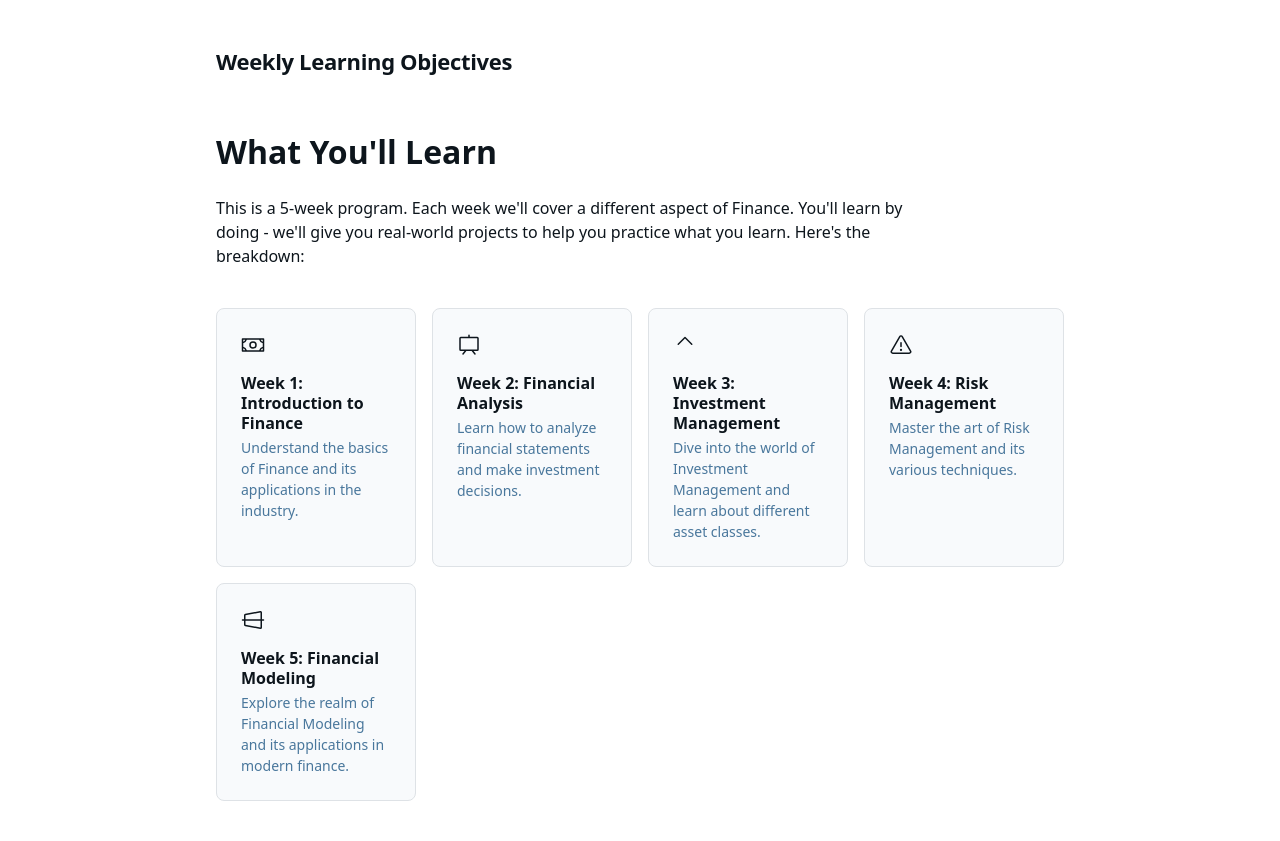
Repository: VickyJulme/fin-page-archesha
Page: /
The author's editor kept a copy of each file at every save. The page is drawn from the files as they stood at one save, then again after a run of saves.
The browser window is 1280 px wide. The pictures show the part of the page from y = 692 to 1533 px (the page is 1533 px tall).
The project was rebuilt for these pictures with package versions that can differ from the ones it lists, and the page was loaded fresh each time. Also part of the build but not shown: vite.config.js, src/App.css, src/Component/HR/Hr.jsx, src/Component/DataScience/DataHome.jsx, src/Component/Marketing/Marketing.css, src/Component/Marketing/Marketing.jsx, src/Component/Design/Ui.css, src/Component/Design/Ui.jsx.

Above is the page before, as saved 2024-08-06 17:25:02.

### index.html
<!doctype html>
<html lang="en">
  <head>
    <meta charset="UTF-8" />
    <link rel="icon" type="image/svg+xml" href="/vite.svg" />
    <meta name="viewport" content="width=device-width, initial-scale=1.0" />

    <link href="https://cdn.jsdelivr.net/npm/bootstrap@5.3.3/dist/css/bootstrap.min.css" rel="stylesheet" integrity="sha384-QWTKZyjpPEjISv5WaRU9OFeRpok6YctnYmDr5pNlyT2bRjXh0JMhjY6hW+ALEwIH" crossorigin="anonymous">
    <title>Vite + React</title>
  </head>
  <body>
    <div id="root"></div>
    <script type="module" src="/src/main.jsx"></script>
    <script src="https://cdn.jsdelivr.net/npm/bootstrap@5.3.3/dist/js/bootstrap.bundle.min.js" integrity="sha384-YvpcrYf0tY3lHB60NNkmXc5s9fDVZLESaAA55NDzOxhy9GkcIdslK1eN7N6jIeHz" crossorigin="anonymous"></script>
  </body>
</html>

### src/App.jsx
import {  } from 'react'

import './App.css'
import Hr from './Component/HR/Hr'
import DataHome from './Component/DataScience/DataHome'
import Marketing from './Component/Marketing/Marketing'
import Ui from './Component/Design/Ui'
import Finance from './Component/Finance/Finance'


function App() {


  return (
    <>
      <div >
        {/* <Hr/> */}
        {/* <DataHome/> */}
        {/* <Marketing/> */}
        {/* <Ui/> */}
        <Finance/>
      </div>

    </>
  )
}

export default App

### src/Component/Finance/Finance.jsx
import React from 'react'
import './Finance.css'

function Finance() {
  return (
    <div>

                {/* <header className="flex items-center justify-between whitespace-nowrap border-b border-solid border-b-[#e7eef4] px-10 py-3">
        <div className="flex items-center gap-4 text-[#0d151c]">
          <div className="size-4">
            <svg
              viewBox="0 0 48 48"
              fill="none"
              xmlns="http://www.w3.org/2000/svg"
            >
              <path
                d="M42.4379 44C42.4379 44 36.0744 33.9038 41.1692 24C46.8624 12.9336 42.2078 4 42.2078 4L7.01134 4C7.01134 4 11.6577 12.932 5.96912 23.9969C0.876273 33.9029 7.27094 44 7.27094 44L42.4379 44Z"
                fill="currentColor"
              ></path>
            </svg>
          </div>
          <h2 className="text-[#0d151c] text-lg font-bold leading-tight tracking-[-0.015em] ">
            Hubnex Educate
          </h2>
        </div>
        <div className="flex flex-1 justify-end gap-8">
          <div className="flex items-center gap-9">
            <a
              className="text-[#0d151c] text-sm font-medium leading-normal "
              href="#"
            >
              Home
            </a>
            <a
              className="text-[#0d151c] text-sm font-medium leading-normal"
              href="#"
            >
              Workshops
            </a>
            <a
              className="text-[#0d151c] text-sm font-medium leading-normal"
              href="#"
            >
              Services
            </a>
            <a
              className="text-[#0d151c] text-sm font-medium leading-normal"
              href="#"
            >
              Sign In
            </a>
          </div>
          <button className="flex min-w-[84px] max-w-[480px] cursor-pointer items-center justify-center overflow-hidden rounded-xl h-10 px-4 bg-[#2094f3] text-slate-50 text-sm font-bold leading-normal tracking-[0.015em]">
            <a href="Get Started">
              {" "}
              <span className="truncate">Get Started</span>
            </a>
          </button>
        </div>
                   </header> */}


<div className="flex justify-center  flex-col items-center">
      <div className="cont20    mt-28  ) ">
        <div className="con2 w-full h-full items-end flex rounded-xl">
          <div className="flex flex-col    gap-4  w-full mb-16 pl-20   max-sm:pl-3">
            <h1 className="text-white text-5xl font-bold   ">
            Become Expert in Finance in 5 Weeks
            </h1>
            <h2 className="text-white text-lg  font-normal ">
            Our live, online Finance workshop helps you build the skills to excel in the industry, get hired, and earn more.
            </h2>

            <div className=" w-full ">
              <button className="  w-24 py-3   cursor-pointer   rounded-xl px-4  bg-[#2094f3] text-slate-50 text-base font-bold leading-normal hover:shadow-lg hover:shadow-gray-600">
                <span className="truncate">Start</span>
              </button>
            </div>
          </div>
        </div>
        <div className=" w-full">
          <h1 className="text-[#0d151c] text-[22px] font-bold leading-tight tracking-[-0.015em] px-4 text-left pb-3 pt-5">
            Weekly Learning Objectives
          </h1>
          <div className="flex flex-col gap-10 px-4 py-10 @container ">
            <div className="flex flex-col gap-4">
              <h1 className="text-[#0d151c] tracking-light text-[32px] font-bold leading-tight @[480px]:text-4xl @[480px]:font-black @[480px]:leading-tight @[480px]:tracking-[-0.033em] max-w-[720px]">
                What You'll Learn
              </h1>
              <p className="text-[#0d151c] text-base font-normal leading-normal max-w-[720px]">
              This is a 5-week program. Each week we'll cover a different aspect of Finance. You'll learn by doing - we'll give you real-world projects to help you practice
                  what you learn. Here's the breakdown:
              </p>
            </div>
            <div className="grid grid-cols-[repeat(auto-fit,minmax(158px,1fr))] gap-3 p-0">
                <div className="flex flex-1 gap-3 rounded-lg border border-[#cedde8] bg-slate-50 p-4 flex-col">
                  <div className="text-[#0d151c]" data-icon="Money" data-size="24px" data-weight="regular">
                    <svg xmlns="http://www.w3.org/2000/svg" width="24px" height="24px" fill="currentColor" viewBox="0 0 256 256">
                      <path
                        d="M128,88a40,40,0,1,0,40,40A40,40,0,0,0,128,88Zm0,64a24,24,0,1,1,24-24A24,24,0,0,1,128,152ZM240,56H16a8,8,0,0,0-8,8V192a8,8,0,0,0,8,8H240a8,8,0,0,0,8-8V64A8,8,0,0,0,240,56ZM193.65,184H62.35A56.78,56.78,0,0,0,24,145.65v-35.3A56.78,56.78,0,0,0,62.35,72h131.3A56.78,56.78,0,0,0,232,110.35v35.3A56.78,56.78,0,0,0,193.65,184ZM232,93.37A40.81,40.81,0,0,1,210.63,72H232ZM45.37,72A40.81,40.81,0,0,1,24,93.37V72ZM24,162.63A40.81,40.81,0,0,1,45.37,184H24ZM210.63,184A40.81,40.81,0,0,1,232,162.63V184Z"
                      ></path>
                    </svg>
                  </div>
                  <div className="flex flex-col gap-1">
                    <h2 className="text-[#0d151c] text-base font-bold leading-tight">Week 1: Introduction to Finance</h2>
                    <p className="text-[#49779c] text-sm font-normal leading-normal">Understand the basics of Finance and its applications in the industry.</p>
                  </div>
                </div>
                <div className="flex flex-1 gap-3 rounded-lg border border-[#cedde8] bg-slate-50 p-4 flex-col">
                  <div className="text-[#0d151c]" data-icon="Presentation" data-size="24px" data-weight="regular">
                    <svg xmlns="http://www.w3.org/2000/svg" width="24px" height="24px" fill="currentColor" viewBox="0 0 256 256">
                      <path
                        d="M216,40H136V24a8,8,0,0,0-16,0V40H40A16,16,0,0,0,24,56V176a16,16,0,0,0,16,16H79.36L57.75,219a8,8,0,0,0,12.5,10l29.59-37h56.32l29.59,37a8,8,0,1,0,12.5-10l-21.61-27H216a16,16,0,0,0,16-16V56A16,16,0,0,0,216,40Zm0,136H40V56H216V176Z"
                      ></path>
                    </svg>
                  </div>
                  <div className="flex flex-col gap-1">
                    <h2 className="text-[#0d151c] text-base font-bold leading-tight">Week 2: Financial Analysis</h2>
                    <p className="text-[#49779c] text-sm font-normal leading-normal">Learn how to analyze financial statements and make investment decisions.</p>
                  </div>
                </div>
                <div className="flex flex-1 gap-3 rounded-lg border border-[#cedde8] bg-slate-50 p-4 flex-col">
                  <div className="text-[#0d151c]" data-icon="Control" data-size="24px" data-weight="regular">
                    <svg xmlns="http://www.w3.org/2000/svg" width="24px" height="24px" fill="currentColor" viewBox="0 0 256 256">
                      <path d="M205.66,125.66a8,8,0,0,1-11.32,0L128,59.31,61.66,125.66a8,8,0,0,1-11.32-11.32l72-72a8,8,0,0,1,11.32,0l72,72A8,8,0,0,1,205.66,125.66Z"></path>
                    </svg>
                  </div>
                  <div className="flex flex-col gap-1">
                    <h2 className="text-[#0d151c] text-base font-bold leading-tight">Week 3: Investment Management</h2>
                    <p className="text-[#49779c] text-sm font-normal leading-normal">Dive into the world of Investment Management and learn about different asset classes.</p>
                  </div>
                </div>
                <div className="flex flex-1 gap-3 rounded-lg border border-[#cedde8] bg-slate-50 p-4 flex-col">
                  <div className="text-[#0d151c]" data-icon="Warning" data-size="24px" data-weight="regular">
                    <svg xmlns="http://www.w3.org/2000/svg" width="24px" height="24px" fill="currentColor" viewBox="0 0 256 256">
                      <path
                        d="M236.8,188.09,149.35,36.22h0a24.76,24.76,0,0,0-42.7,0L19.2,188.09a23.51,23.51,0,0,0,0,23.72A24.35,24.35,0,0,0,40.55,224h174.9a24.35,24.35,0,0,0,21.33-12.19A23.51,23.51,0,0,0,236.8,188.09ZM222.93,203.8a8.5,8.5,0,0,1-7.48,4.2H40.55a8.5,8.5,0,0,1-7.48-4.2,7.59,7.59,0,0,1,0-7.72L120.52,44.21a8.75,8.75,0,0,1,15,0l87.45,151.87A7.59,7.59,0,0,1,222.93,203.8ZM120,144V104a8,8,0,0,1,16,0v40a8,8,0,0,1-16,0Zm20,36a12,12,0,1,1-12-12A12,12,0,0,1,140,180Z"
                      ></path>
                    </svg>
                  </div>
                  <div className="flex flex-col gap-1">
                    <h2 className="text-[#0d151c] text-base font-bold leading-tight">Week 4: Risk Management</h2>
                    <p className="text-[#49779c] text-sm font-normal leading-normal">Master the art of Risk Management and its various techniques.</p>
                  </div>
                </div>
                <div className="flex flex-1 gap-3 rounded-lg border border-[#cedde8] bg-slate-50 p-4 flex-col">
                  <div className="text-[#0d151c]" data-icon="Perspective" data-size="24px" data-weight="regular">
                    <svg xmlns="http://www.w3.org/2000/svg" width="24px" height="24px" fill="currentColor" viewBox="0 0 256 256">
                      <path
                        d="M240,120H224V48a16,16,0,0,0-18.86-15.74l-160,29.09A16,16,0,0,0,32,77.09V120H16a8,8,0,0,0,0,16H32v42.91a16,16,0,0,0,13.14,15.74l160,29.09A16.47,16.47,0,0,0,208,224a16,16,0,0,0,16-16V136h16a8,8,0,0,0,0-16ZM48,77.09,208,48v72H48ZM208,208,48,178.91V136H208Z"
                      ></path>
                    </svg>
                  </div>
                  <div className="flex flex-col gap-1">
                    <h2 className="text-[#0d151c] text-base font-bold leading-tight">Week 5: Financial Modeling</h2>
                    <p className="text-[#49779c] text-sm font-normal leading-normal">Explore the realm of Financial Modeling and its applications in modern finance.</p>
                  </div>
                </div>
              </div>
            </div>
            </div>
      </div>
 </div>

</div>


  )
}

export default Finance

### src/Component/HR/Hr.css



.con1{

    width:70%;
    height: 580px;
    /* background-color: red; */


    border-radius: 15px;
    background-image:  url('https://cdn.usegalileo.ai/sdxl10/f19572df-3304-4064-aa15-f19df58d4b06.png');
    background-position: center;
    background-repeat: no-repeat;
    background-size:100% 100%;

    /* background: linear-gradient(rgba(0, 0, 0, 0.1) 0%, rgba(0, 0, 0, 0.4) ); */


}


.con2{
    background-image: linear-gradient(rgba(0, 0, 0, 0.1) 0%, rgba(0, 0, 0, 0.4) );
}

### src/Component/DataScience/DataHome.css

.con11{

    width:70%;
    height: 580px;
    /* background-color: red; */


    border-radius: 15px;
    background-image:  url('https://cdn.usegalileo.ai/sdxl10/841d93c2-93b0-4d81-9648-add338f80405.png');
    background-position: center;
    background-repeat: no-repeat;
    background-size:100% 100%;

    /* background: linear-gradient(rgba(0, 0, 0, 0.1) 0%, rgba(0, 0, 0, 0.4) ); */


}

.con2{
    background-image: linear-gradient(rgba(0, 0, 0, 0.1) 0%, rgba(0, 0, 0, 0.4) );
}

### src/Component/Finance/Finance.css
.cont20{

    width:70%;
    height: 580px;
    /* background-color: red; */


    border-radius: 15px;
    background-image:  url('https://cdn.usegalileo.ai/sdxl10/6b1c9f11-3bbc-4336-8f50-f084dce83415.png');
    background-position: center;
    background-repeat: no-repeat;
    background-size:100% 100%;

    /* background: linear-gradient(rgba(0, 0, 0, 0.1) 0%, rgba(0, 0, 0, 0.4) ); */


}


.con22{

    background-image: linear-gradient(rgba(0, 0, 0, 0.1) 0%, rgba(0, 0, 0, 0.4) );
}

Loaded but not shown: src/main.jsx (common file); src/index.css (common file); tailwind.config.js (common file)

After the next 3 saves:
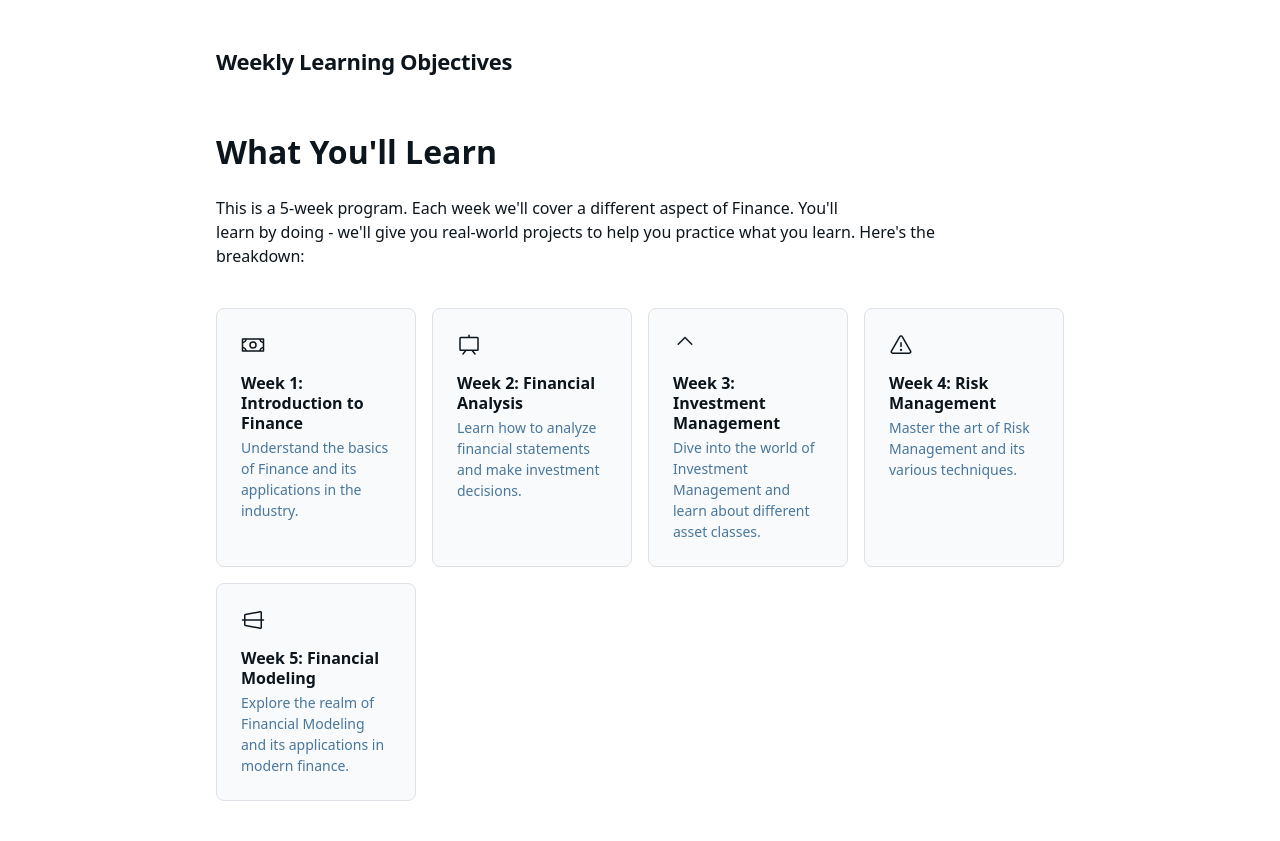
The 3 saves are shown as one change because they came seconds apart.
The last was saved 11 s later.
--- a/src/Component/Finance/Finance.jsx
+++ b/src/Component/Finance/Finance.jsx
@@ -88,7 +88,7 @@ function Finance() {
                 What You'll Learn
               </h1>
               <p className="text-[#0d151c] text-base font-normal leading-normal max-w-[720px]">
-              This is a 5-week program. Each week we'll cover a different aspect of Finance. You'll learn by doing - we'll give you real-world projects to help you practice
+              This is a 5-week program. Each week we'll cover a different aspect of Finance. You'll <br/>learn by doing - we'll give you real-world projects to help you practice
                   what you learn. Here's the breakdown:
               </p>
             </div>
